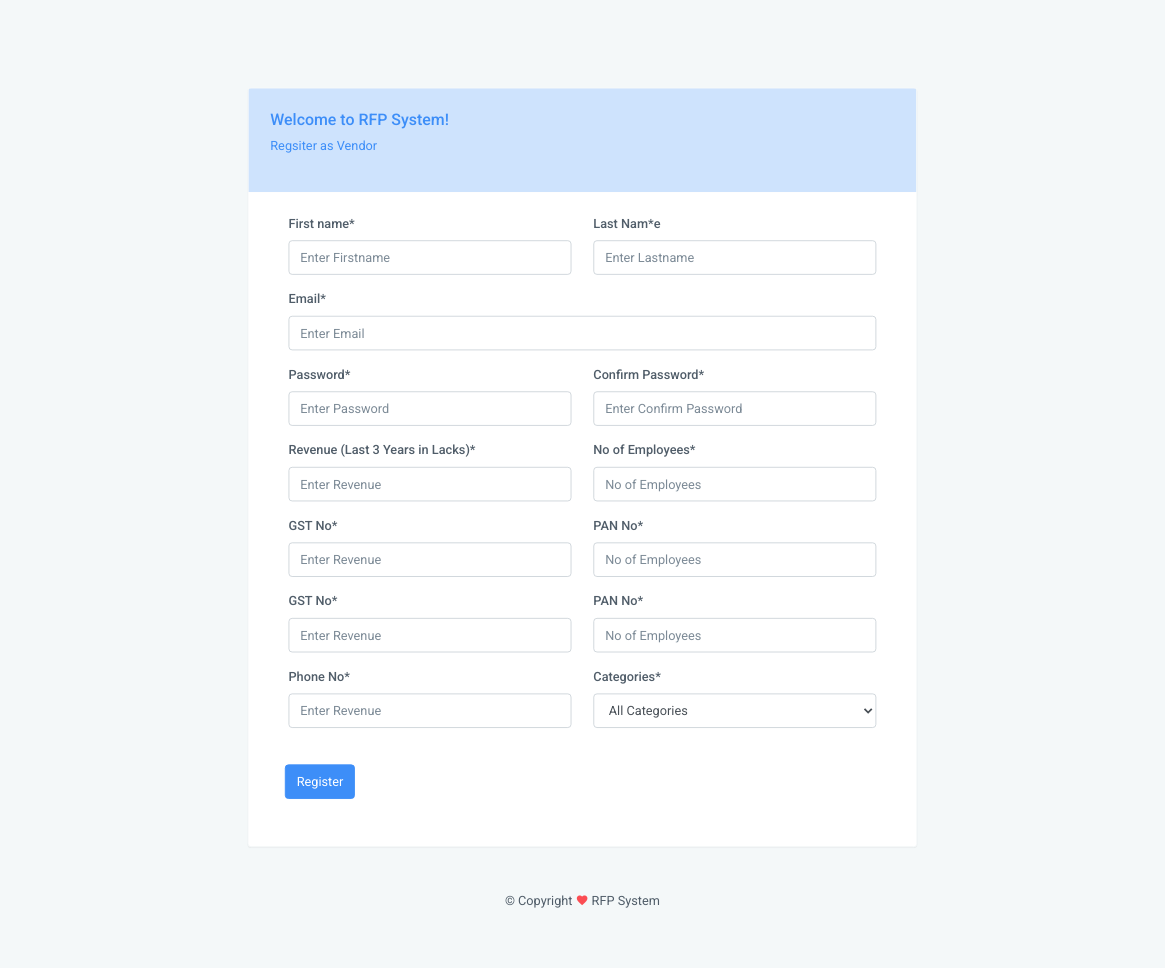
Repository: saurabhgithb/RFP-System
Page: register.html
The author's editor kept a copy of each file at every save. The page is drawn from the files as they stood at one save, then again after the next save.
The browser window is 1280 px wide. The pictures show the whole page, at 91% of full size.

Above is the page before, as saved 2023-01-04 17:50:57.

### register.html

<!doctype html>
<html lang="en">

    <head>

        <meta charset="utf-8" />
        <title>Login | RFP System</title>
        <meta name="viewport" content="width=device-width, initial-scale=1.0">
        <meta content="Premium Multipurpose Admin & Dashboard Template" name="description" />
        <meta content="Themesbrand" name="author" />
        <!-- App favicon -->
        <link rel="shortcut icon" href="assets/images/favicon.ico">

        <!-- Bootstrap Css -->
        <link href="assets/css/bootstrap.min.css" id="bootstrap-style" rel="stylesheet" type="text/css" />
        <!-- Icons Css -->
        <link href="assets/css/icons.min.css" rel="stylesheet" type="text/css" />
        <!-- App Css-->
        <link href="assets/css/app.min.css" id="app-style" rel="stylesheet" type="text/css" />

    </head>

    <body>
        <div class="home-btn d-none d-sm-block">
            <a href="index.html" class="text-dark"><i class="fas fa-home h2"></i></a>
        </div>
        <div class="account-pages my-5 pt-sm-5">
            <div class="container">
                <div class="row justify-content-center">
                    <div class="col-md-8 col-lg-6 col-xl-8">
                        <div class="card overflow-hidden">
                            <div class="bg-soft-primary">
                                <div class="row">
                                    <div class="col-12">
                                        <div class="text-primary p-4">
                                            <h5 class="text-primary">Welcome to RFP System!</h5>
                                            <p>Regsiter as Vendor</p>
                                        </div>
                                    </div>
                                </div>
                            </div>
                            <div class="card-body pt-0">
                                <div class="p-4">
                                    <form class="form-horizontal" action="">
                                        <div class="row">
                                            <div class="col-md-12 col-lg-6 col-xl-6">
                                                <div class="form-group">
                                                    <label for="firstname">First name*</label>
                                                    <input type="text" class="form-control" id="firstname" placeholder="Enter Firstname">
                                                </div>
                                            </div>
                                            <div class="col-md-12 col-lg-6 col-xl-6">
                                                <div class="form-group">
                                                    <label for="lastname">Last Nam*e</label>
                                                    <input type="text" class="form-control" id="lastname" placeholder="Enter Lastname">
                                                </div>
                                            </div>
                                            <div class="col-md-12">
                                                <div class="form-group">
                                                    <label for="email">Email*</label>
                                                    <input type="text" class="form-control" id="email" placeholder="Enter Email">
                                                </div>
                                            </div>

                                            <div class="col-md-12 col-lg-6 col-xl-6">
                                                <div class="form-group">
                                                    <label for="password">Password*</label>
                                                    <input type="password" class="form-control" id="password" placeholder="Enter Password">
                                                </div>
                                            </div>
                                            <div class="col-md-12 col-lg-6 col-xl-6">
                                                <div class="form-group">
                                                    <label for="password">Confirm Password*</label>
                                                    <input type="password" class="form-control" id="confirmpassword" placeholder="Enter Confirm Password">
                                                </div>
                                            </div>

                                            <div class="col-md-12 col-lg-6 col-xl-6">
                                                <div class="form-group">
                                                    <label for="revenue">Revenue (Last 3 Years in Lacks)*</label>
                                                    <input type="text" class="form-control" id="revenue" placeholder="Enter Revenue">
                                                </div>
                                            </div>
                                            <div class="col-md-12 col-lg-6 col-xl-6">
                                                <div class="form-group">
                                                    <label for="noofemployees">No of Employees*</label>
                                                    <input type="text" class="form-control" id="noofemployees" placeholder="No of Employees">
                                                </div>
                                            </div>

                                            <div class="col-md-12 col-lg-6 col-xl-6">
                                                <div class="form-group">
                                                    <label for="revenue">GST No*</label>
                                                    <input type="text" class="form-control" id="revenue" placeholder="Enter Revenue">
                                                </div>
                                            </div>
                                            <div class="col-md-12 col-lg-6 col-xl-6">
                                                <div class="form-group">
                                                    <label for="noofemployees">PAN No*</label>
                                                    <input type="text" class="form-control" id="noofemployees" placeholder="No of Employees">
                                                </div>
                                            </div>

                                            <div class="col-md-12 col-lg-6 col-xl-6">
                                                <div class="form-group">
                                                    <label for="revenue">GST No*</label>
                                                    <input type="text" class="form-control" id="revenue" placeholder="Enter Revenue">
                                                </div>
                                            </div>
                                            <div class="col-md-12 col-lg-6 col-xl-6">
                                                <div class="form-group">
                                                    <label for="noofemployees">PAN No*</label>
                                                    <input type="text" class="form-control" id="noofemployees" placeholder="No of Employees">
                                                </div>
                                            </div>

                                            <div class="col-md-12 col-lg-6 col-xl-6">
                                                <div class="form-group">
                                                    <label for="revenue">Phone No*</label>
                                                    <input type="text" class="form-control" id="revenue" placeholder="Enter Revenue">
                                                </div>
                                            </div>
                                            <div class="col-md-12 col-lg-6 col-xl-6">
                                                <div class="form-group">
                                                    <label for="Categories">Categories*</label>
                                                    <select class="form-control" id="Categories" name="Categories">
														<option value="">All Categories</option>
														<option value="1">Software</option>
														<option value="2">Hardware</option>
														<option value="3">Office Furniture</option>
														<option value="4">Stationery</option>
													</select>
                                                </div>
                                            </div>

                                            <div class="p-2 mt-3">
                                                <button class="btn btn-primary btn-block waves-effect waves-light" type="submit">Register</button>
                                            </div>
                                        </div>
                                    </form>
                                </div>
                            </div>
                        </div>
                        <div class="mt-5 text-center">
                            <div>
                                <p>&copy; Copyright <i class="mdi mdi-heart text-danger"></i> RFP System</p>
                            </div>
                        </div>
                    </div>
                </div>
            </div>
        </div>
    </body>
</html>

Loaded but not shown: assets/css/bootstrap.min.css (library); assets/css/icons.min.css (library); assets/css/app.min.css (library)

After the next save:
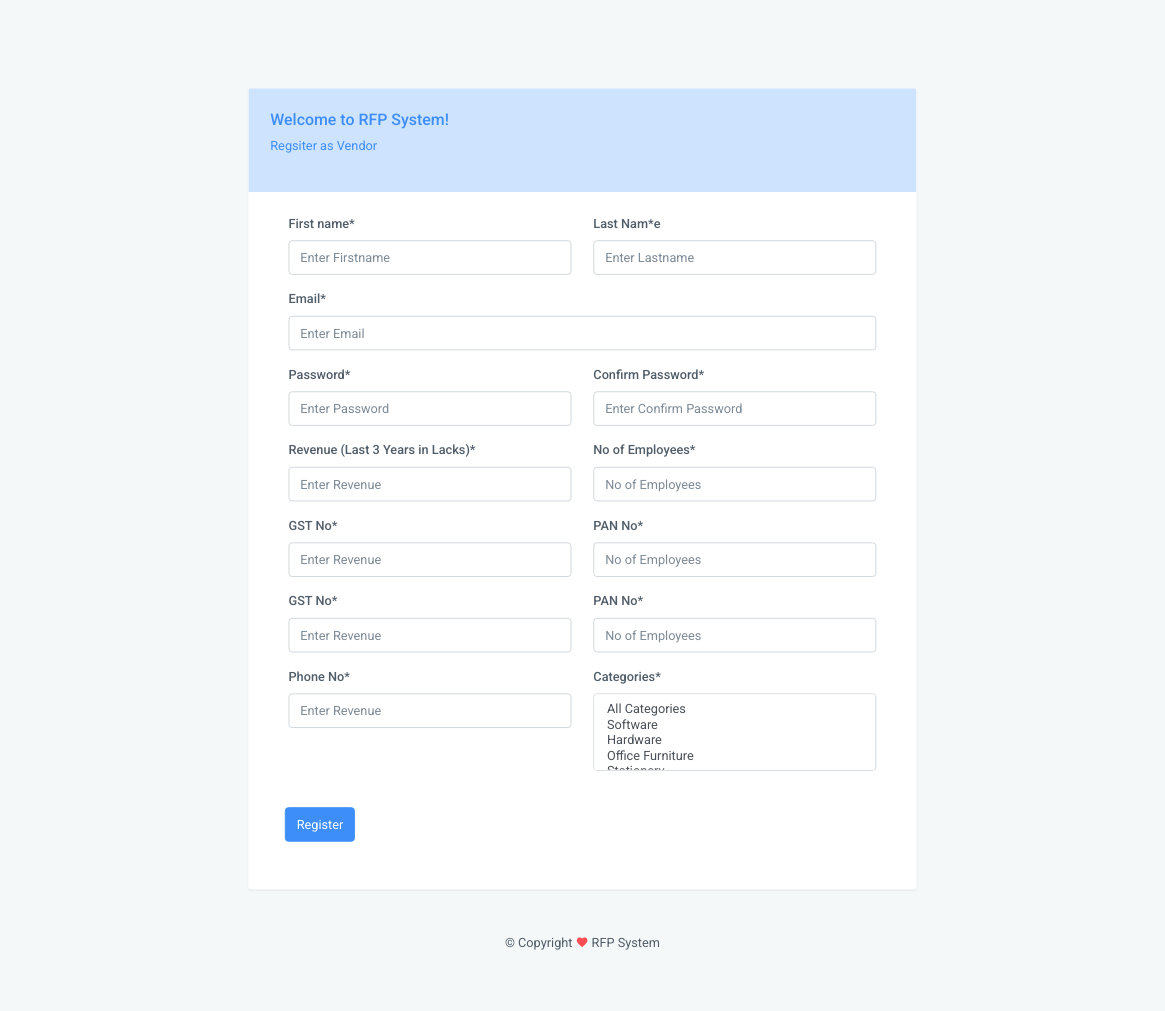
Saved 15 s later.
--- a/register.html
+++ b/register.html
@@ -124,7 +124,7 @@
                                             <div class="col-md-12 col-lg-6 col-xl-6">
                                                 <div class="form-group">
                                                     <label for="Categories">Categories*</label>
-                                                    <select class="form-control" id="Categories" name="Categories">
+                                                    <select class="form-control" multiple id="Categories" name="Categories">
 														<option value="">All Categories</option>
 														<option value="1">Software</option>
 														<option value="2">Hardware</option>
